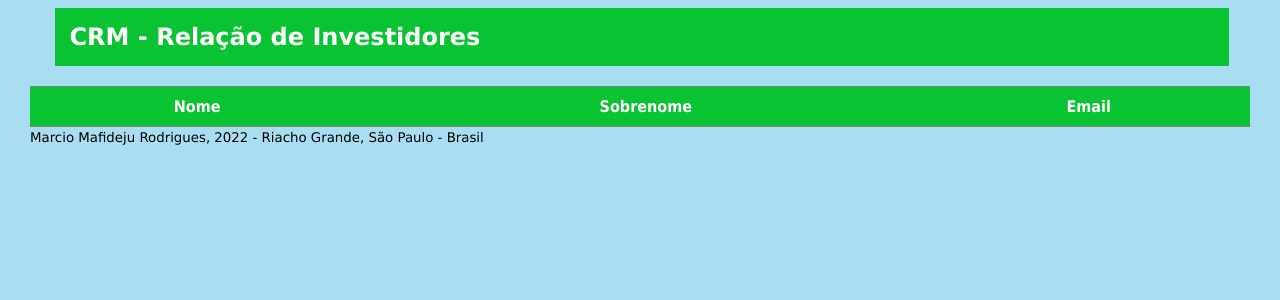
Repository: mafideju/CustomerTracker
Page: http://localhost/web-customer-tracker/WEB-INF/view/list-customers.jsp
An editor plug-in stored every save of this project. The page is shown before and after the next save, followed by the edit.
The browser window is 1280 px wide. The pictures show the whole page.
The page is served by Tomcat 9. Nobody is signed in. Other server files are loaded and not shown. The template is opened directly, without the code that normally fills it, so the values that code supplies are empty.

Above is the page before, as saved 2022-01-21 21:27:51.

### web-customer-tracker/WebContent/WEB-INF/view/list-customers.jsp
<%@ taglib uri="http://java.sun.com/jsp/jstl/core" prefix="c" %>

<!DOCTYPE html>
<html>
	<head>
		<title>Lista de Investidores</title>
		<link type="text/css" rel="stylesheet" href="${pageContext.request.contextPath}/resources/css/style.css">
	</head>

	<body>
		<main>

			<div id="wrapper"  style="display: flex; justify-content: center;">
				<div id="header">
					<h2>CRM - Relação de Investidores</h2>
				</div>
			</div>

			<div id="container">
				<div id="content">
					<table>
						<tr>
							<th>Nome</th>
							<th>Sobrenome</th>
							<th>Email</th>
						</tr>

						<c:forEach var="customer" items="${customers}">
							<tr>
								<td>${customer.firstName}</td>
								<td>${customer.lastName}</td>
								<td>${customer.email}</td>
							</tr>
						</c:forEach>

					</table>
				</div>
			</div>

		</main>
		<footer>
			<small>Marcio Mafideju Rodrigues, 2022 - Riacho Grande, São Paulo - Brasil</small>
		</footer>
	</body>
</html>

### web-customer-tracker/WebContent/resources/css/style.css
html, body{
	margin-left:15px; margin-right:15px;
	padding:0px;
	font-family:Verdana, Arial, Helvetica, sans-serif;
	background-color: #a9ddf1;
}

table {
	border-collapse:collapse;
	border-bottom:1px solid gray;
	font-family: Tahoma,Verdana,Segoe,sans-serif;
	width:100%;
}

th {
	border-bottom:1px solid gray;
	background:none repeat scroll 0 0 #09c332;
	padding:10px;
	color: #FFFFFF;
}

tr {
	border-top:1px solid gray;
	text-align:center;
}

tr:nth-child(even) {background: #FFFFFF}
tr:nth-child(odd) {background: #BBBBBB}

.add-button {
	border: 1px solid #666;
	border-radius: 5px;
	padding: 4px;
	font-size: 12px;
	font-weight: bold;
	width: 120px;
	padding: 5px 10px;
	margin-bottom: 15px;
	background: #cccccc;
}

#wrapper {width: 100%; margin-top: 0px; }
#header {width: 95%; background: #09c332; margin-left: 3px; padding:15px 0px 15px 15px;}
#header h2 {width: 100%; margin:auto; color: #FFFFFF;}
#container {width: 100%; margin:auto}
#container h3 {color: #000;}
#container #content {margin-top: 20px;}

After the next save:
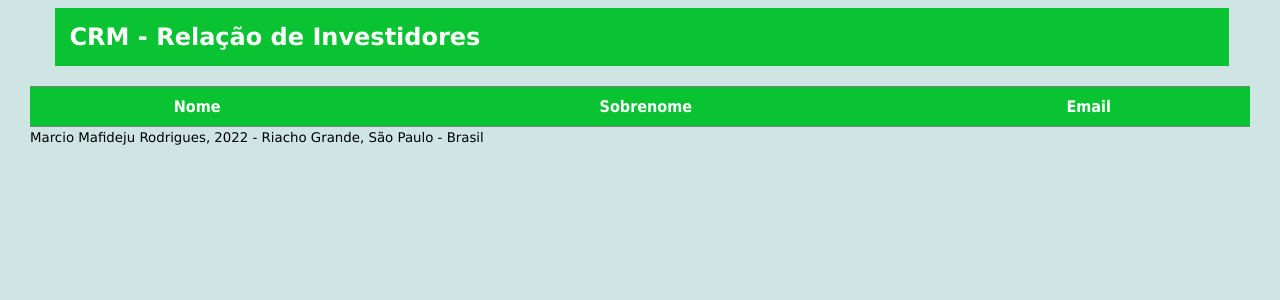
Saved 72 s later.
--- a/web-customer-tracker/WebContent/resources/css/style.css
+++ b/web-customer-tracker/WebContent/resources/css/style.css
@@ -2,7 +2,7 @@ html, body{
 	margin-left:15px; margin-right:15px;
 	padding:0px;
 	font-family:Verdana, Arial, Helvetica, sans-serif;
-	background-color: #a9ddf1;
+	background-color: #cee5e4;
 }
 
 table {
